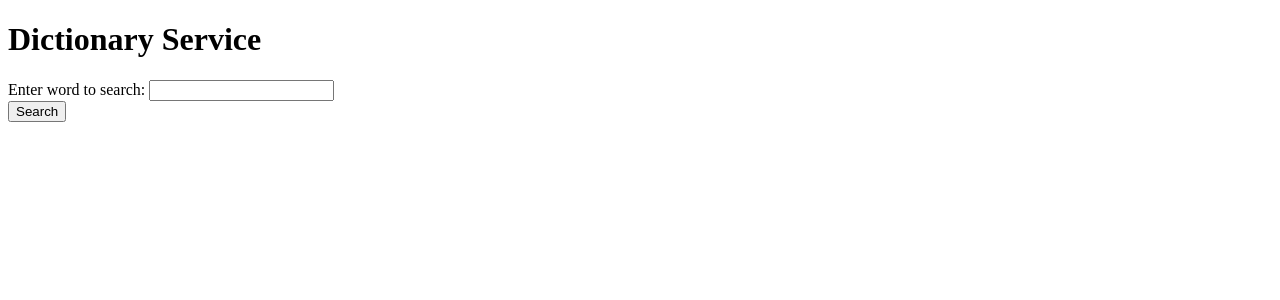
Repository: SnoW246/DS-Asynchronous-RMI-Dictionary-Service
Page: http://localhost/job-server/webApp.jsp
These files come from the project's save history. The page is drawn as it stood at one moment and after the next save; the edit follows.
The browser window is 1280 px wide. The pictures show the whole page.
The page is served by Tomcat 9.

Above is the page before, as saved 2017-12-22 23:04:05.

After the next save:
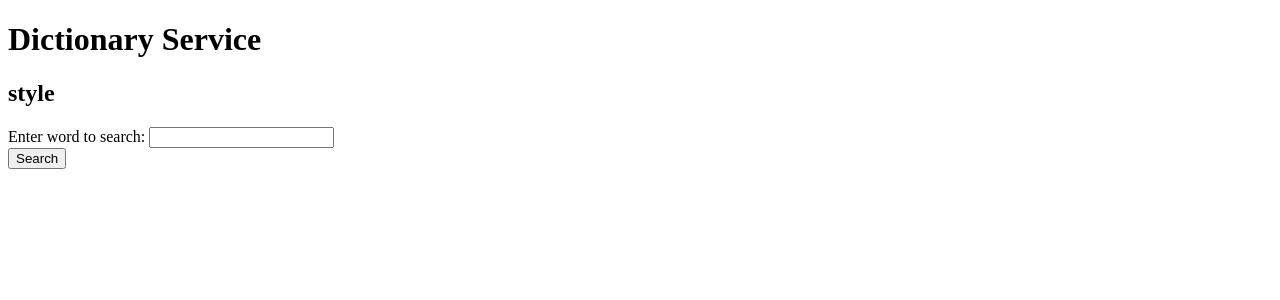
Saved 20 s later.
--- a/job-server/WebContent/webApp.jsp
+++ b/job-server/WebContent/webApp.jsp
@@ -9,7 +9,8 @@
 <body>
 
 
-<h1 style="Red;">Dictionary Service</h1>
+<h1 style="Red; bold">Dictionary Service</h1>
+<h2> style</h2>
 <form action="lookup" method="post">
 <div class="form-group">
   <label>Enter word to search:</label>

After the 2 saves that followed:
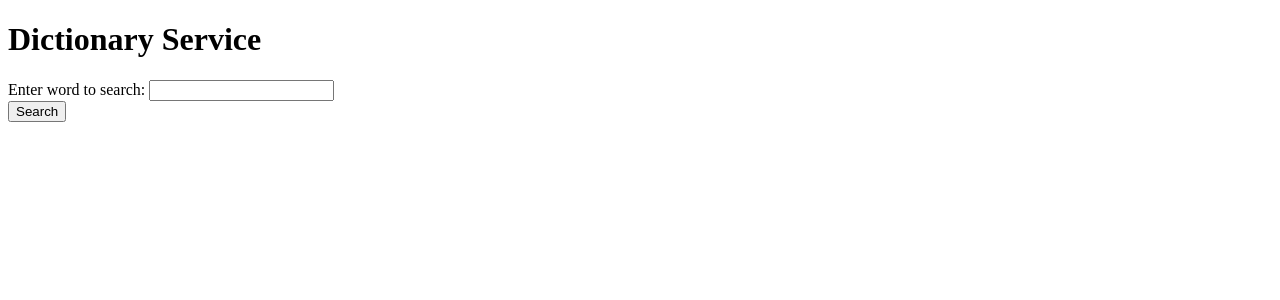
The 2 saves are shown as one change because 1 left the picture as it was.
The last was saved 61 s later.
--- a/job-server/WebContent/webApp.jsp
+++ b/job-server/WebContent/webApp.jsp
@@ -9,8 +9,8 @@
 <body>
 
 
-<h1 style="Red; bold">Dictionary Service</h1>
-<h2> style</h2>
+<h1 style="Red; Bold">Dictionary Service</h1>
+<h2 style="Black"></h2>
 <form action="lookup" method="post">
 <div class="form-group">
   <label>Enter word to search:</label>
